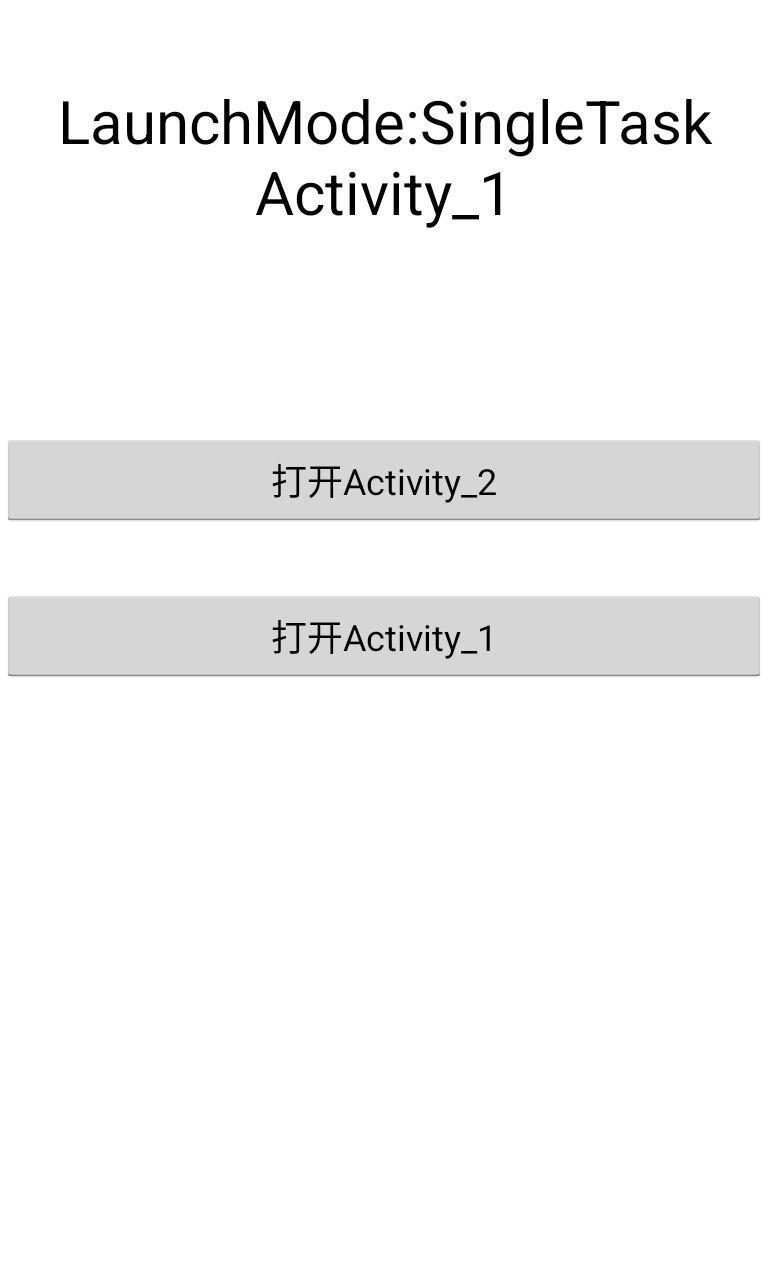
Repository: CiLiNet-Android/courseware
Layout: Android基本组件/Activity/SourceCodes/TaskStackDemo/res/layout/launchmode_singleinstance_activity_1.xml
An editor plug-in stored every save of this project. The layout is shown before and after the next save, followed by the edit.
It is drawn on a 768 x 1280 px phone screen (xhdpi) without system bars, with theme AppTheme; the app's code is not run.

Above is the layout before, as saved 2013-11-23 12:33:01.

After the next save:
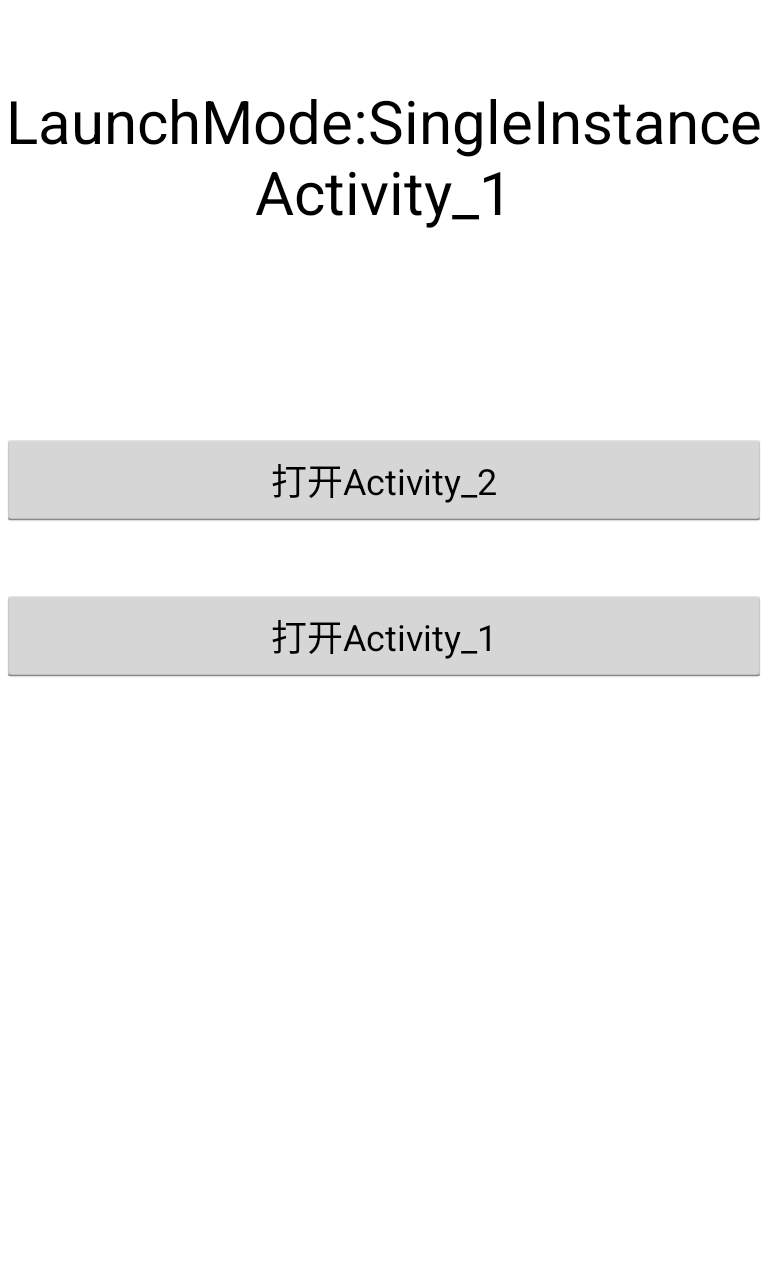
Saved 8 s later.
--- a/Android基本组件/Activity/SourceCodes/TaskStackDemo/res/values/strings.xml
+++ b/Android基本组件/Activity/SourceCodes/TaskStackDemo/res/values/strings.xml
@@ -23,7 +23,7 @@
 	<string name="launchMode_singleTask_activity_2">LaunchMode:SingleTask Activity_2</string>
 	<string name="launchMode_singleTask_start_activity_1">打开Activity_1</string>
 
-	<string name="launchMode_singleInstance_activity_1">LaunchMode:SingleTask Activity_1</string>
+	<string name="launchMode_singleInstance_activity_1">LaunchMode:SingleInstance Activity_1</string>
 	<string name="launchMode_singleInstance_start_activity_2">打开Activity_2</string>
 	<string name="launchMode_singleInstance_activity_2">LaunchMode:SingleTask Activity_2</string>
 	<string name="launchMode_singleInstance_start_activity_1">打开Activity_1</string>
